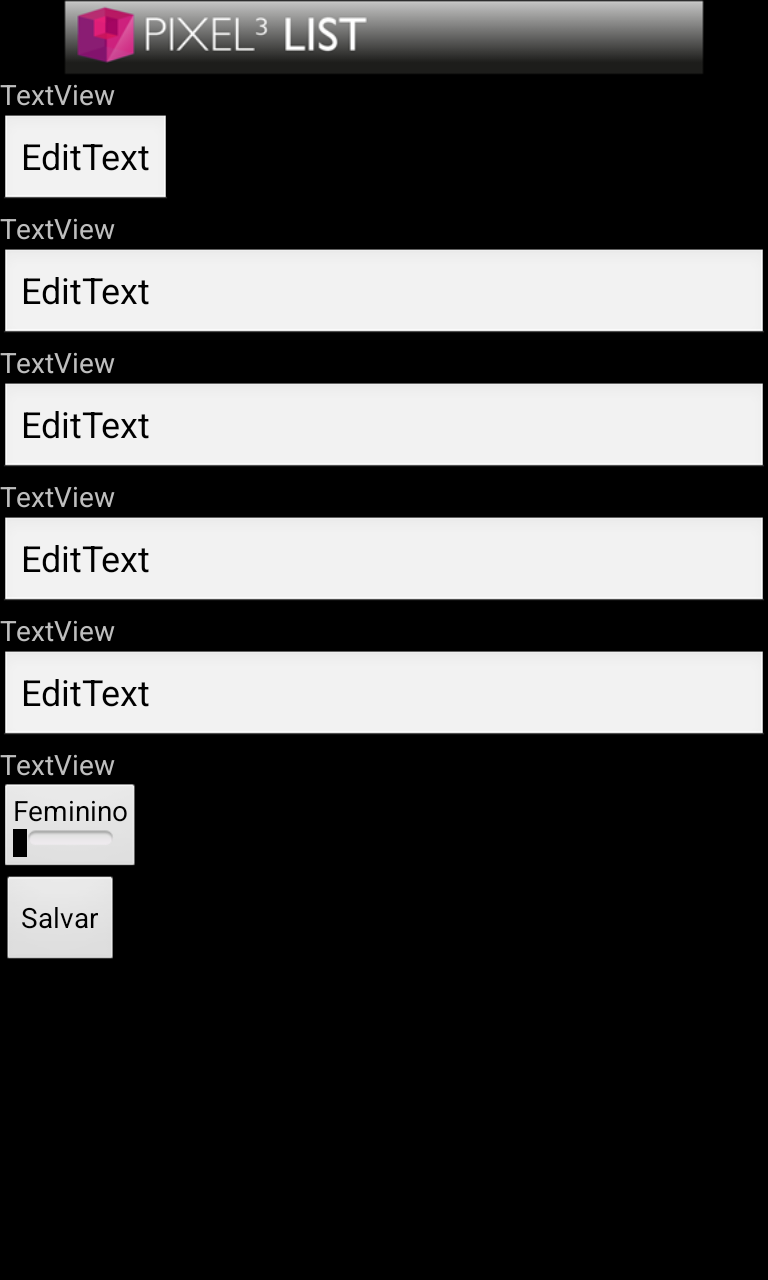
Repository: pixel3mobi/listaDigital
Layout: Pixel3List/res/layout/meusdados.xml
These files come from the project's save history. The layout is drawn as it stood at one moment and after the next save; the edit follows.
It is drawn on a 768 x 1280 px phone screen (xhdpi) without system bars, with theme android:Theme; the app's code is not run.

Above is the layout before, as saved 2011-03-22 10:37:50.

### Pixel3List/res/layout/meusdados.xml
<?xml version="1.0" encoding="utf-8"?>
<RelativeLayout
	xmlns:android="http://schemas.android.com/apk/res/android"
	android:layout_width="fill_parent"
	android:layout_height="fill_parent">
	<ImageView
		android:src="@drawable/cabecalho"
		android:id="@+id/cabecalho"
		android:layout_width="fill_parent"
		android:layout_height="wrap_content"
		android:layout_alignParentTop="true">
	</ImageView>
	<ScrollView
		android:layout_below="@+id/cabecalho"
		android:layout_alignLeft="@+id/cabecalho"
		android:layout_width="fill_parent"
		android:layout_height="fill_parent">
		<LinearLayout
			android:orientation="vertical"
			android:id="@+id/linearLayout1"
			android:layout_width="fill_parent"
			android:layout_height="fill_parent">
			<TextView
				android:text="TextView"
				android:id="@+id/textView1"
				android:layout_width="wrap_content"
				android:layout_height="wrap_content">
			</TextView>
			<EditText
				android:layout_height="wrap_content"
				android:text="EditText"
				android:id="@+id/editText1"
				android:layout_width="wrap_content">
			</EditText>
			<TextView
				android:text="TextView"
				android:id="@+id/textView2"
				android:layout_width="wrap_content"
				android:layout_height="wrap_content">
			</TextView>
			<EditText
				android:layout_height="wrap_content"
				android:text="EditText"
				android:id="@+id/editText2"
				android:layout_width="fill_parent">
			</EditText>
			<TextView
				android:text="TextView"
				android:id="@+id/textView3"
				android:layout_width="wrap_content"
				android:layout_height="wrap_content">
			</TextView>
			<EditText
				android:layout_height="wrap_content"
				android:text="EditText"
				android:id="@+id/editText3"
				android:layout_width="fill_parent">
			</EditText>
			<TextView
				android:text="TextView"
				android:id="@+id/textView4"
				android:layout_width="wrap_content"
				android:layout_height="wrap_content">
			</TextView>
			<EditText
				android:layout_height="wrap_content"
				android:text="EditText"
				android:id="@+id/editText4"
				android:layout_width="fill_parent">
			</EditText>
			<TextView
				android:text="TextView"
				android:id="@+id/textView5"
				android:layout_width="wrap_content"
				android:layout_height="wrap_content">
			</TextView>
			<EditText
				android:layout_height="wrap_content" android:text="EditText"
				android:id="@+id/editText5"
				android:layout_width="fill_parent">
			</EditText>
			<TextView
				android:text="TextView"
				android:id="@+id/textView7"
				android:layout_width="wrap_content"
				android:layout_height="wrap_content">
			</TextView>
			<ToggleButton
				android:textOn="Masculino"
				android:textOff="Feminino"
				android:id="@+id/toggleButton1"
				android:layout_width="wrap_content"
				android:layout_height="wrap_content">
			</ToggleButton>
			<Button
				android:text="Salvar"
				android:id="@+id/btnSalvar"
				android:layout_width="wrap_content"
				android:layout_height="wrap_content">
			</Button>
		</LinearLayout>
	</ScrollView>
</RelativeLayout>

After the next save:
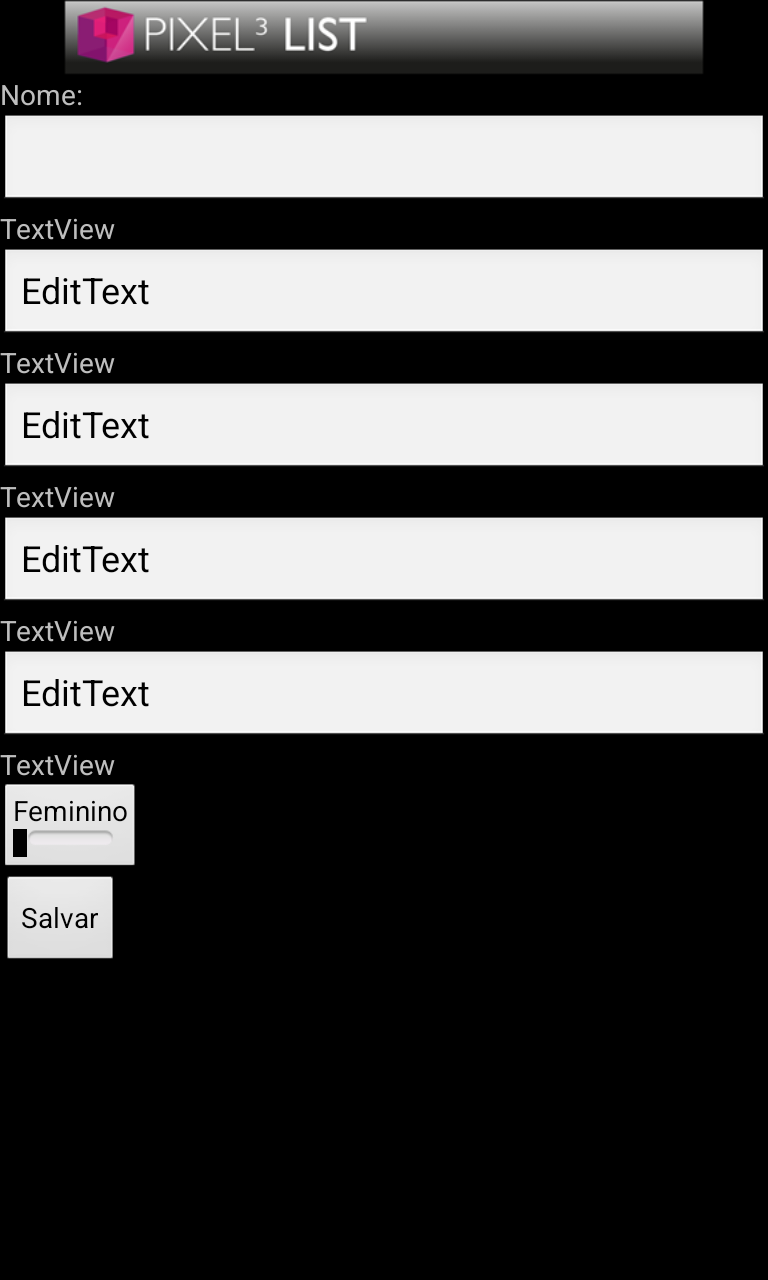
Saved 62 s later.
--- a/Pixel3List/res/layout/meusdados.xml
+++ b/Pixel3List/res/layout/meusdados.xml
@@ -21,16 +21,16 @@
 			android:layout_width="fill_parent"
 			android:layout_height="fill_parent">
 			<TextView
-				android:text="TextView"
-				android:id="@+id/textView1"
-				android:layout_width="wrap_content"
+				android:text="Nome:"
+				android:id="@+id/txtNome"
+				android:layout_width="fill_parent"
 				android:layout_height="wrap_content">
 			</TextView>
 			<EditText
 				android:layout_height="wrap_content"
-				android:text="EditText"
-				android:id="@+id/editText1"
-				android:layout_width="wrap_content">
+				android:hintt="Digite o seu nome aqui"
+				android:id="@+id/editNome"
+				android:layout_width="fill_parent">
 			</EditText>
 			<TextView
 				android:text="TextView"
